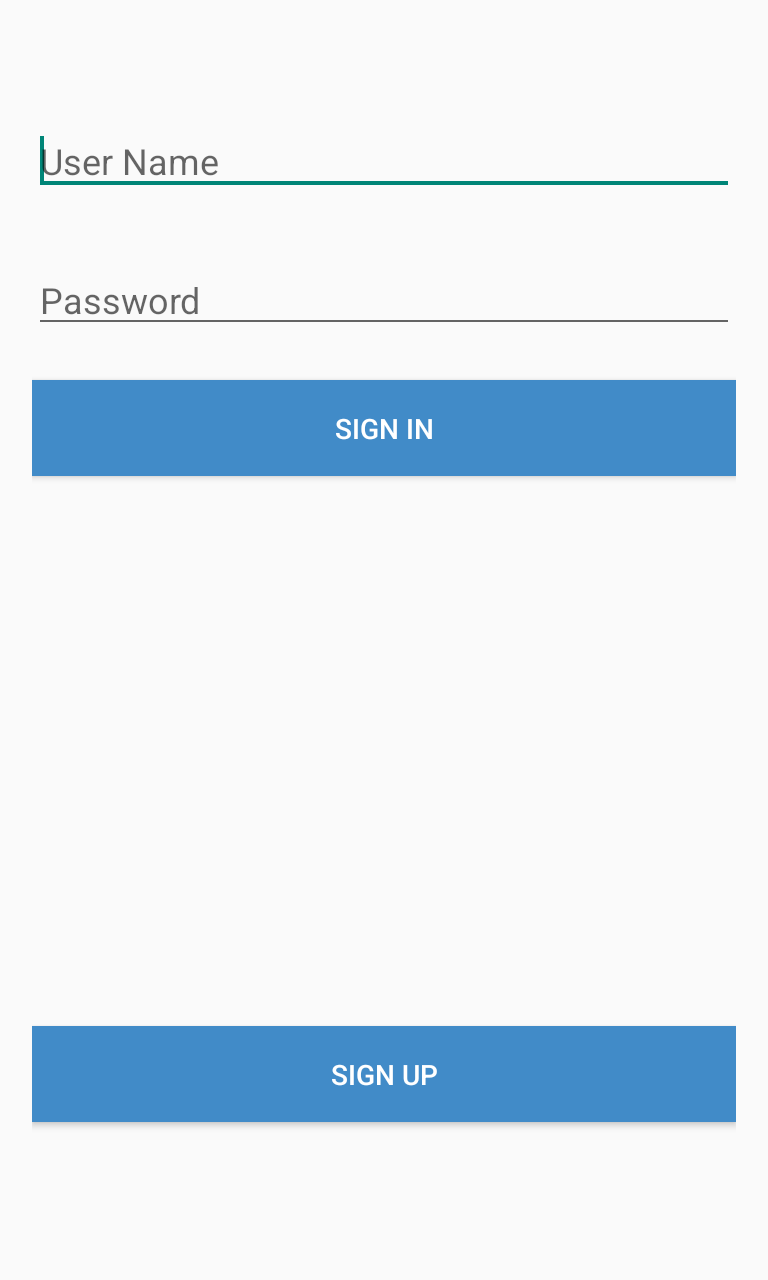
Repository: uditha2233/Anything
Layout: Local Android/AnyThing/AnyThing/res/layout/fragment_login.xml
An editor plug-in stored every save of this project. The layout is shown before and after the next save, followed by the edit.
It is drawn on a 768 x 1280 px phone screen (xhdpi) without system bars, with theme AppTheme; the app's code is not run.

Above is the layout before, as saved 2014-05-29 04:45:44.

### Local Android/AnyThing/AnyThing/res/layout/fragment_login.xml
<RelativeLayout xmlns:android="http://schemas.android.com/apk/res/android"
    xmlns:tools="http://schemas.android.com/tools"
    android:layout_width="match_parent"
    android:layout_height="match_parent"
    android:paddingBottom="@dimen/activity_vertical_margin"
    android:paddingLeft="@dimen/activity_horizontal_margin"
    android:paddingRight="@dimen/activity_horizontal_margin"
    android:paddingTop="@dimen/activity_vertical_margin"
    tools:context="com.example.anything.LoginActivity$PlaceholderFragment" >

    <EditText
        android:id="@+id/userName"
        android:layout_width="wrap_content"
        android:layout_height="wrap_content"
        android:layout_alignParentLeft="true"
        android:layout_alignParentRight="true"
        android:layout_alignParentTop="true"
        android:layout_marginTop="42dp"
        android:ems="10"
        android:hint="@string/txtUname"
        android:inputType="textPersonName" >

        <requestFocus />
    </EditText>

    <EditText
        android:id="@+id/passWord"
        android:layout_width="wrap_content"
        android:layout_height="wrap_content"
        android:layout_alignLeft="@+id/userName"
        android:layout_alignRight="@+id/userName"
        android:layout_below="@+id/userName"
        android:layout_marginTop="28dp"
        android:ems="10"
        android:hint="@string/txtPassWord"
        android:inputType="textPassword" />

    <Button
        android:id="@+id/loginBtn"
        android:layout_width="wrap_content"
        android:layout_height="wrap_content"
        android:layout_alignParentLeft="true"
        android:layout_alignRight="@+id/passWord"
        android:layout_below="@+id/passWord"
        android:layout_marginTop="21dp"
        android:background="#418Bc8"
        android:onClick="login"
        android:text="@string/signin"
        android:textColor="@android:color/white" />

    <Button
        android:id="@+id/regBtn"
        android:layout_width="wrap_content"
        android:layout_height="wrap_content"
        android:layout_alignLeft="@+id/loginBtn"
        android:layout_alignParentBottom="true"
        android:layout_alignRight="@+id/loginBtn"
        android:layout_marginBottom="63dp"
        android:background="#418Bc8"
        android:onClick="register"
        android:text="@string/signup"
        android:textColor="@android:color/white" />

</RelativeLayout>

### Local Android/AnyThing/AnyThing/res/values/strings.xml
<?xml version="1.0" encoding="utf-8"?>
<resources>

    <string name="app_name">AnyThing</string>
    <string name="hello_world">Hello world!</string>
    <string name="action_settings">Settings</string>
    <string name="signin">Sign in</string>
    <string name="signup">Sign up</string>
    <string name="logout">Log Out</string>
    <string name="addnewad">Add New AD</string>
    <string name="account">My Account</string>
    <string name="title_activity_main_page">MainPageActivity</string>
    <string name="title_section1">Home</string>
    <string name="title_section2">Cell Phones &amp; Accessories</string>
    <string name="title_section3">Computers &amp; Tablet PCs</string>
    <string name="title_section4">Consumer Electronics</string>
    <string name="title_section5">Vehicles &amp; Parts</string>
    <string name="title_section6">Services</string>
    <string name="title_section7">Other</string>
    <string name="title_section8">Read</string>
    <string name="title_section9">Unread</string>
    <string name="title_section10">Sent</string>
    <string name="navigation_drawer_open">Open navigation drawer</string>
    <string name="navigation_drawer_close">Close navigation drawer</string>
    <string name="action_example">Example action</string>
    <string name="title_activity_signup">SignupActivity</string>
    <string name="txtUname">User Name</string>
    <string name="txtEmail">E-Mail</string>
    <string name="txtfullname">Full Name</string>
    <string name="txtPhoneno">Phone No</string>
    <string name="txtPassWord">Password</string>
    <string name="txtrePassWord">Re-Password</string>
    <string name="title_activity_item_view">ItemViewActivity</string>
    <string name="title_activity_messages">Messages</string>
    <string name="title_activity_message_view">MessageViewActivity</string>
    <string name="title_activity_item_add">ItemAddActivity</string>
    <string name="title_activity_adavanced_reg">AdavancedRegActivity</string>
    <string name="title_activity_search">SearchActivity</string>
    <string name="title_activity_profile_view">ProfileViewActivity</string>
    <string name="title_activity_loading_screen">Loading</string>

</resources>

Loaded but not shown: Local Android/AnyThing/AnyThing/res/values/styles.xml (common file); Local Android/AnyThing/AnyThing/res/values-v11/styles.xml (common file); Local Android/AnyThing/AnyThing/res/values-v14/styles.xml (common file); Local Android/AnyThing/AnyThing/res/values/dimens.xml (common file); Local Android/AnyThing/AnyThing/res/values-w820dp/dimens.xml (common file)

After the next save:
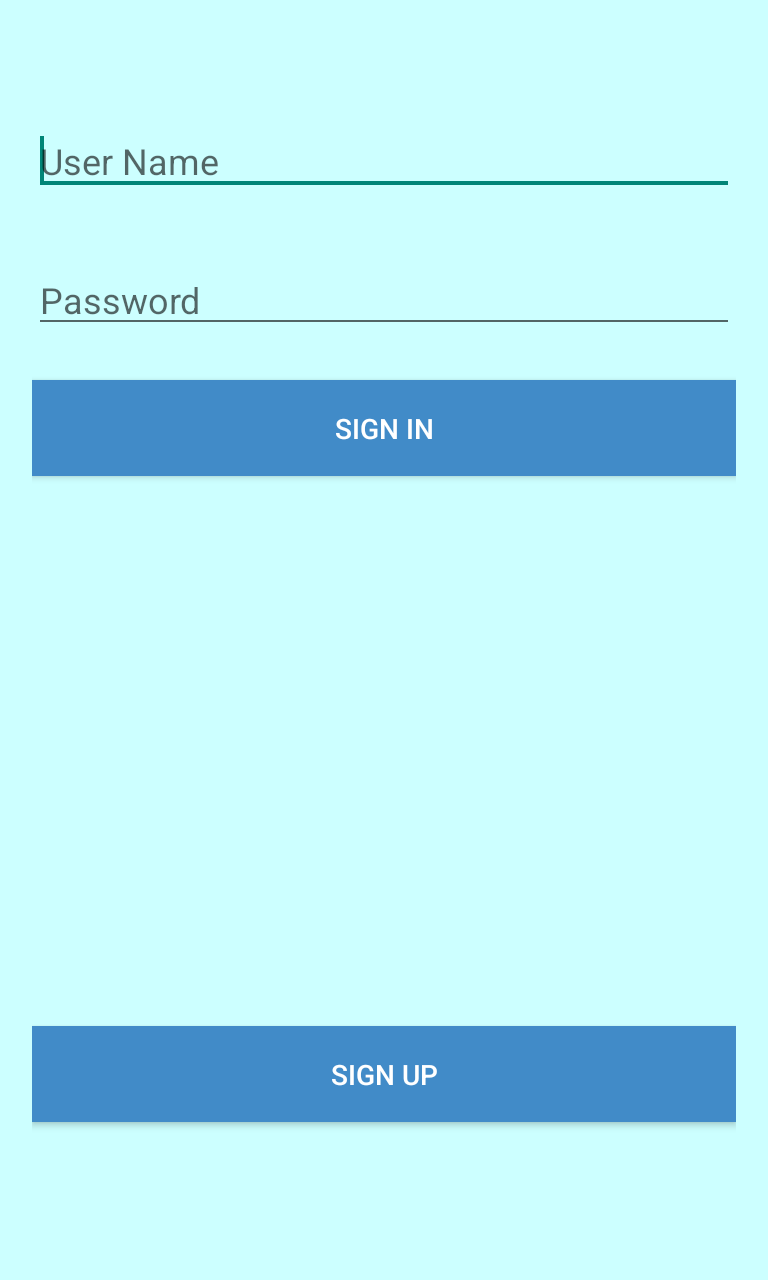
Saved 4 min 36 s later.
--- a/Local Android/AnyThing/AnyThing/res/layout/fragment_login.xml
+++ b/Local Android/AnyThing/AnyThing/res/layout/fragment_login.xml
@@ -6,6 +6,7 @@
     android:paddingLeft="@dimen/activity_horizontal_margin"
     android:paddingRight="@dimen/activity_horizontal_margin"
     android:paddingTop="@dimen/activity_vertical_margin"
+    android:background="#ccffff"
     tools:context="com.example.anything.LoginActivity$PlaceholderFragment" >
 
     <EditText
